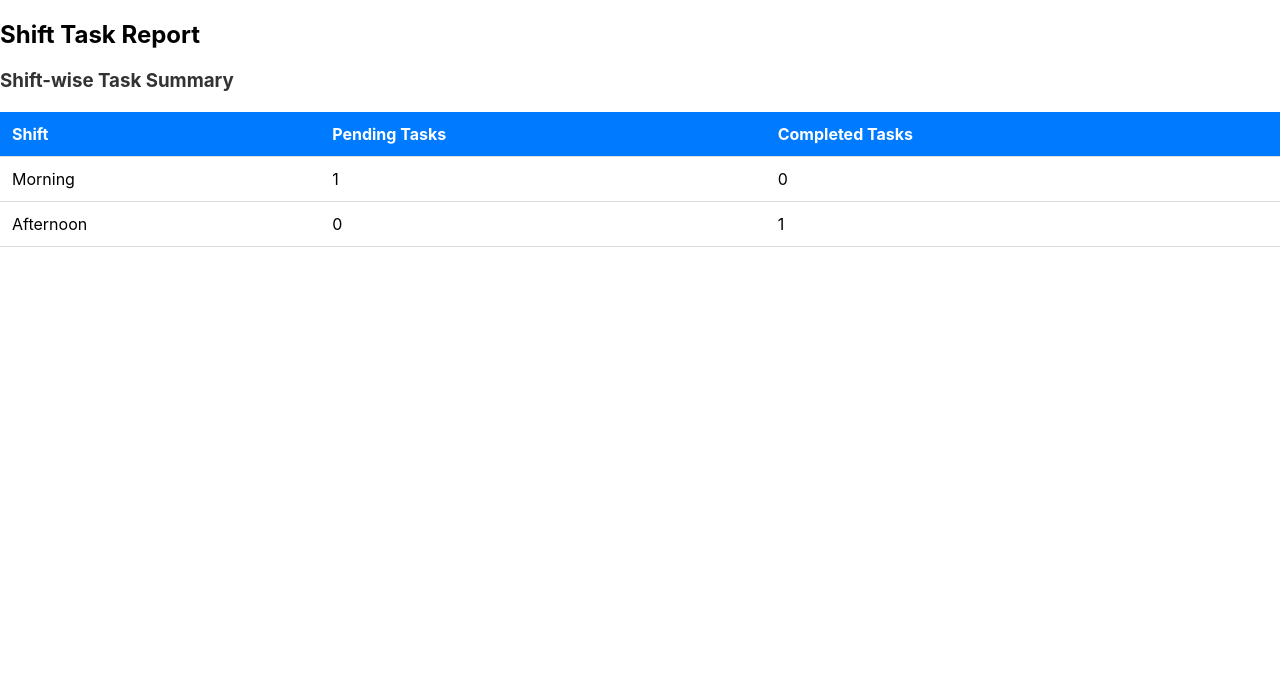
Repository: Manoj-T-V/ShiftOperator
Page: /report
These files come from the project's save history. The page is drawn as it stood at one moment and after the next save; the edit follows.
The browser window is 1280 px wide. The pictures show the whole page.
The project was rebuilt for these pictures with package versions that can differ from the ones it lists, and the page was loaded fresh each time. Also part of the build but not shown: src/pages/ShiftManagement.js, src/pages/AddTaskform.js.

Above is the page before, as saved 2024-11-29 14:26:34.

After the next save:
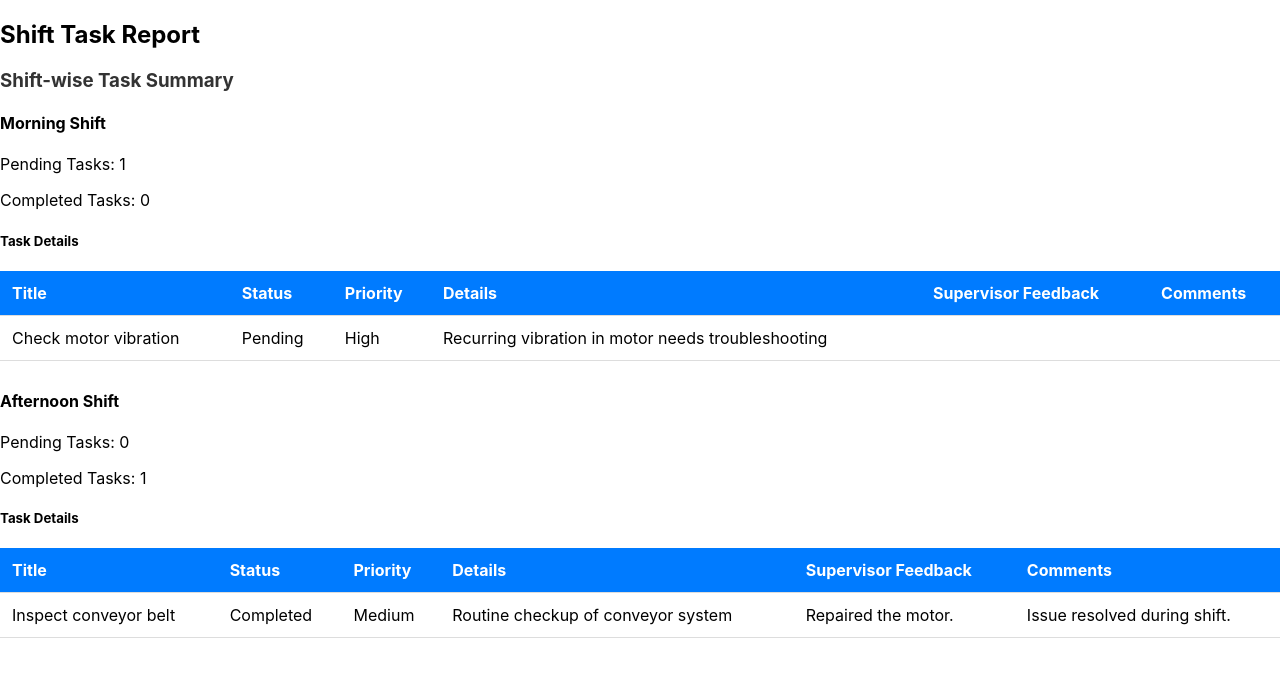
Saved 4 min 5 s later.
--- a/src/pages/TaskReport.js
+++ b/src/pages/TaskReport.js
@@ -9,14 +9,15 @@ const TaskReport = () => {
   const shiftReport = filteredTasks.reduce((acc, task) => {
     // If the shift is not already in the accumulator, add it
     if (!acc[task.shift]) {
-      acc[task.shift] = { completed: 0, pending: 0 };
+      acc[task.shift] = { completed: 0, pending: 0, tasks: [] };
     }
-    // Increment the count based on the task status
+    // Increment the count based on the task status and add task to the respective shift
     if (task.status === "Completed") {
       acc[task.shift].completed++;
     } else {
       acc[task.shift].pending++;
     }
+    acc[task.shift].tasks.push(task); // Add task to the shift's task list
     return acc;
   }, {});
 
@@ -52,24 +53,41 @@ const TaskReport = () => {
       {shiftReportArray.length === 0 ? (
         <p>No tasks available for the selected filters.</p>
       ) : (
-        <table style={tableStyles}>
-          <thead>
-            <tr style={tableHeadingStyles}>
-              <th style={thTdStyles}>Shift</th>
-              <th style={thTdStyles}>Pending Tasks</th>
-              <th style={thTdStyles}>Completed Tasks</th>
-            </tr>
-          </thead>
-          <tbody>
-            {shiftReportArray.map((shift, index) => (
-              <tr key={index}>
-                <td style={thTdStyles}>{shift.shift}</td>
-                <td style={thTdStyles}>{shift.pending}</td>
-                <td style={thTdStyles}>{shift.completed}</td>
-              </tr>
-            ))}
-          </tbody>
-        </table>
+        shiftReportArray.map((shift, index) => (
+          <div key={index} style={{ marginBottom: "30px" }}>
+            {/* Display Shift Summary */}
+            <h4>{shift.shift} Shift</h4>
+            <p>Pending Tasks: {shift.pending}</p>
+            <p>Completed Tasks: {shift.completed}</p>
+
+            {/* Display Task Details under the Shift */}
+            <h5>Task Details</h5>
+            <table style={tableStyles}>
+              <thead>
+                <tr style={tableHeadingStyles}>
+                  <th style={thTdStyles}>Title</th>
+                  <th style={thTdStyles}>Status</th>
+                  <th style={thTdStyles}>Priority</th>
+                  <th style={thTdStyles}>Details</th>
+                  <th style={thTdStyles}>Supervisor Feedback</th>
+                  <th style={thTdStyles}>Comments</th>
+                </tr>
+              </thead>
+              <tbody>
+                {shift.tasks.map((task) => (
+                  <tr key={task.id}>
+                    <td style={thTdStyles}>{task.title}</td>
+                    <td style={thTdStyles}>{task.status}</td>
+                    <td style={thTdStyles}>{task.priority}</td>
+                    <td style={thTdStyles}>{task.details}</td>
+                    <td style={thTdStyles}>{task.supervisorFeedback}</td>
+                    <td style={thTdStyles}>{task.comments}</td>
+                  </tr>
+                ))}
+              </tbody>
+            </table>
+          </div>
+        ))
       )}
     </div>
   );
